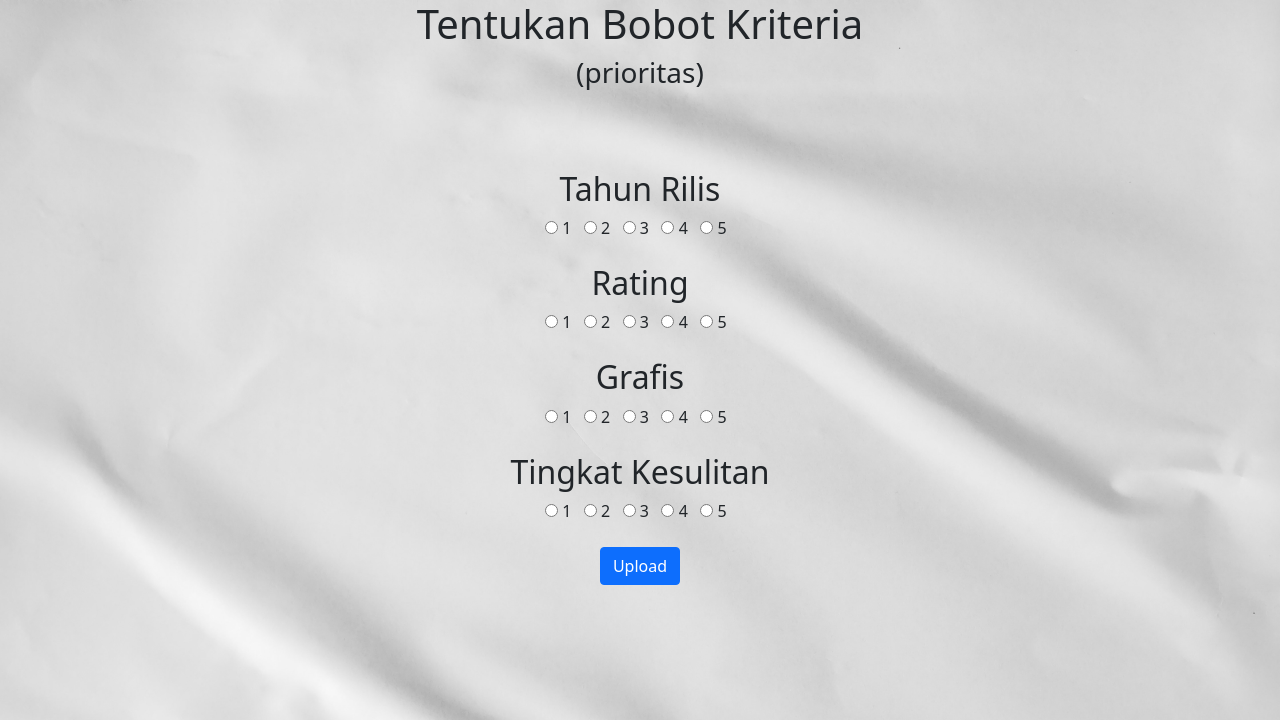
Repository: aqordeon/SPKWP
Page: http://localhost/hitungKriteria.php
The author's editor kept a copy of each file at every save. The page is drawn from the files as they stood at one save, then again after the next save.
The browser window is 1280 px wide. The pictures show the whole page.
The page is run by PHP 8.4 with error messages shown; the project is at /var/www/html/. Queries for data that is not in the repository find no rows.

Above is the page before, as saved 2021-01-13 23:41:24.

After the next save:
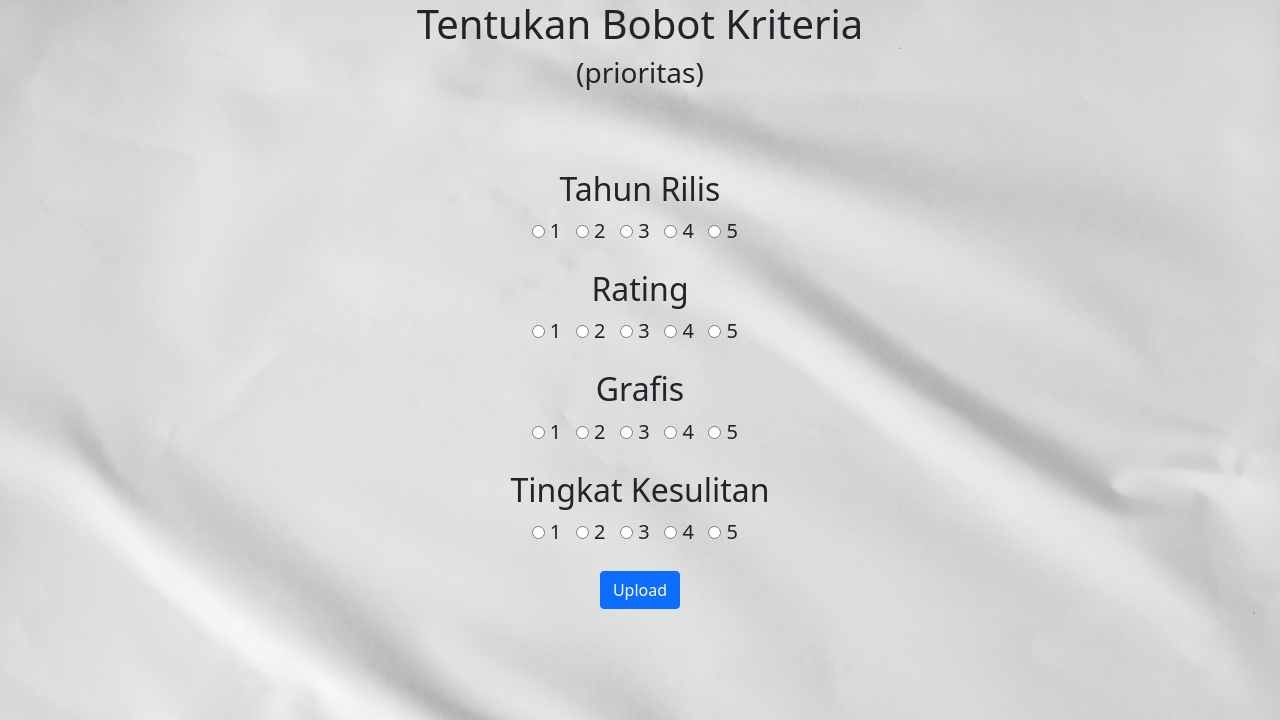
Saved 29 s later.
--- a/hitungKriteria.php
+++ b/hitungKriteria.php
@@ -13,6 +13,9 @@
             background-image: url("images/whitepaper.jpg");
             background-color: #cccccc;
             background-size: cover;
+        }
+        label {
+            font-size: 20px;
         }
     </style>
 </head>
